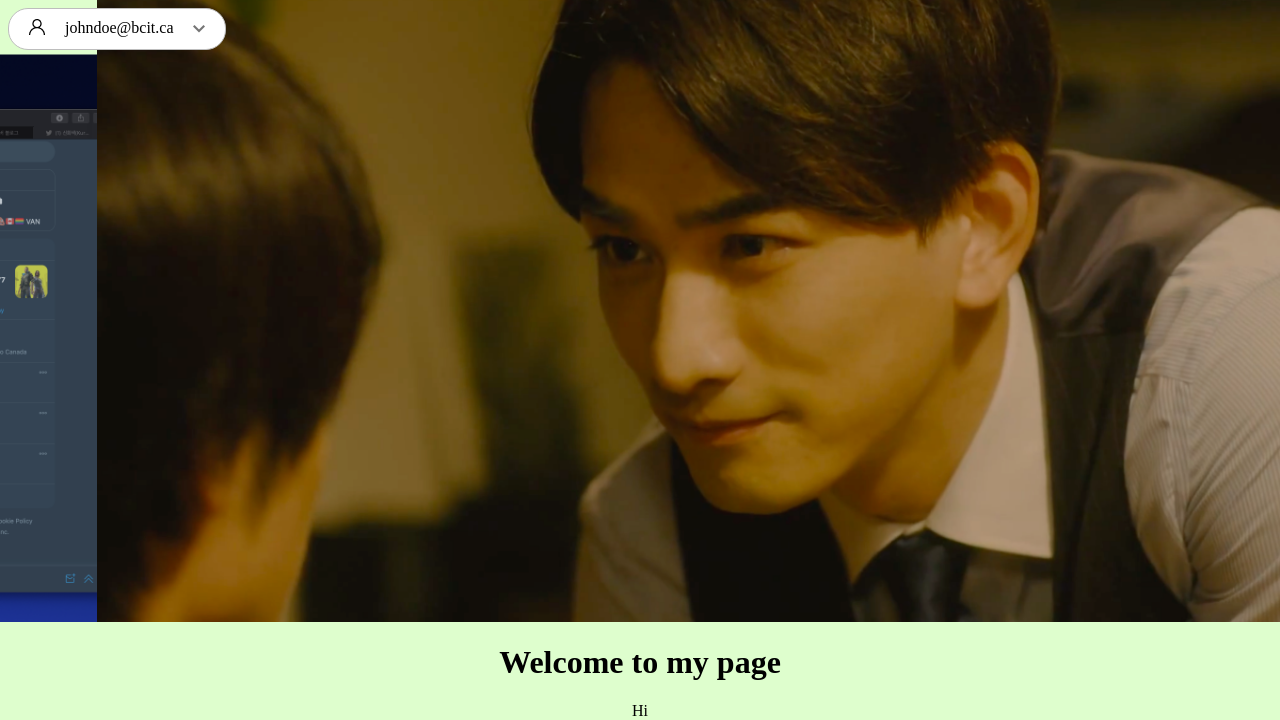
Repository: yafugray/practicemdia3126
Page: /
These files come from the project's save history. The page is drawn as it stood at one moment and after the next save; the edit follows.
The browser window is 1280 px wide. The pictures show the whole page.
The project was rebuilt for these pictures with package versions that can differ from the ones it lists, and the page was loaded fresh each time. The framework's server and built-in components were replaced by stand-ins that run in the browser.

Above is the page before, as saved 2020-12-19 00:37:04.

After the next save:
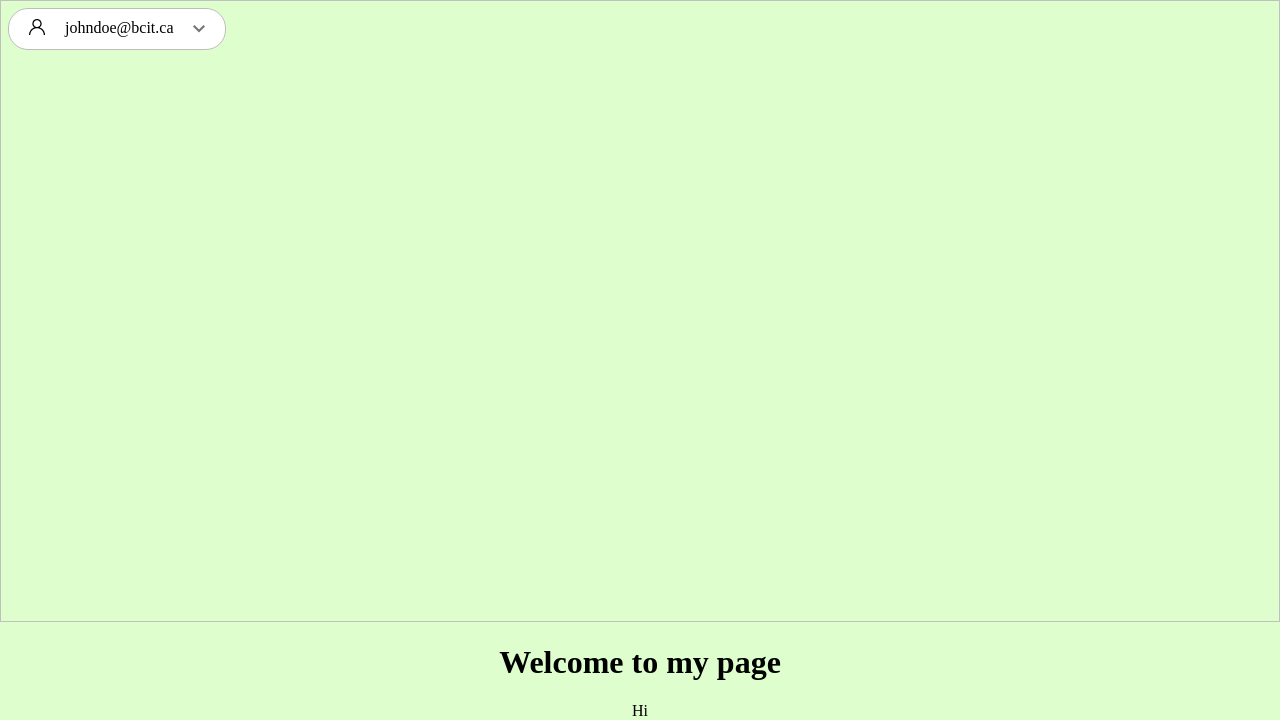
Saved 36 s later.
--- a/comps/Content/index.js
+++ b/comps/Content/index.js
@@ -22,7 +22,7 @@ const ImgContainer = styled.img`
 
 const Content = ({children, bgcolor, bgimg}) => {
     return <Container bgcolor={bgcolor}>
-            <ImgContainer bgimg={bgimg} src="/maho.png"></ImgContainer>
+            <ImgContainer bgimg={bgimg} ></ImgContainer>
             {children}
     </Container>
 }
